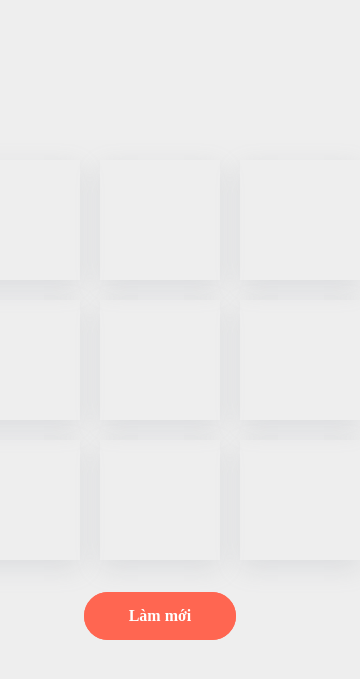
Repository: haokiet2501/tictactoe-app
Page: /
These files come from the project's save history. The page is drawn as it stood at one moment and after a run of saves; the edit follows.
The browser window is 320 px wide. The page is 360 px wide, so the pictures cover 360 px, including what lies to the right of the window. The pictures show the whole page.
The project was rebuilt for these pictures with package versions that can differ from the ones it lists, and the page was loaded fresh each time.

Above is the page before, as saved 2022-08-05 22:25:37.

After the next 2 saves:
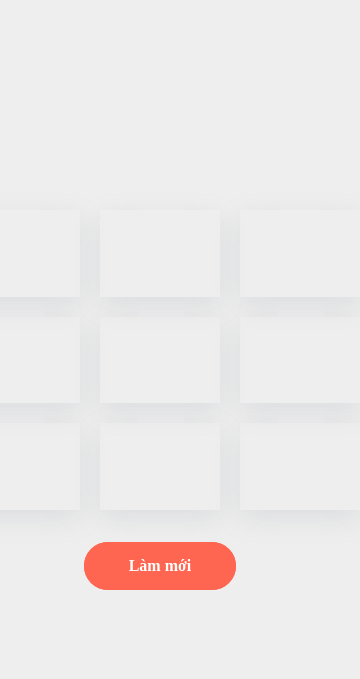
The 2 saves are shown as one change because they came seconds apart.
The last was saved 16 s later.
--- a/src/components/stylesGame.css
+++ b/src/components/stylesGame.css
@@ -104,5 +104,8 @@ body {
 }
 
 @media screen and (max-width: 320px) {
+    .game-board {
+        height: 300px;
 
+    }
 }
